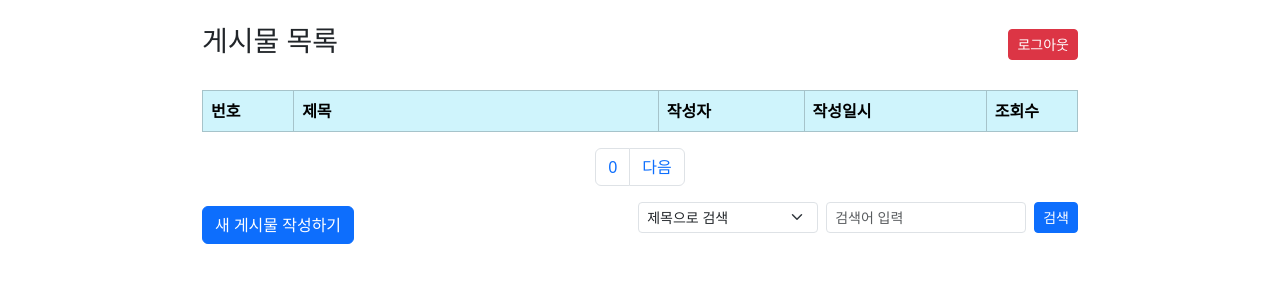
Repository: LHH-commits/SpringBoot_simple_board
Page: http://localhost/lcomputerstudy/WEB-INF/views/list.jsp
The author's editor kept a copy of each file at every save. The page is drawn from the files as they stood at one save, then again after the next save.
The browser window is 1280 px wide. The pictures show the whole page.
The page is served by Tomcat 9. Nobody is signed in. The template is opened directly, without the code that normally fills it, so the values that code supplies are empty.

Above is the page before, as saved 2024-09-23 01:56:21.

After the next save:
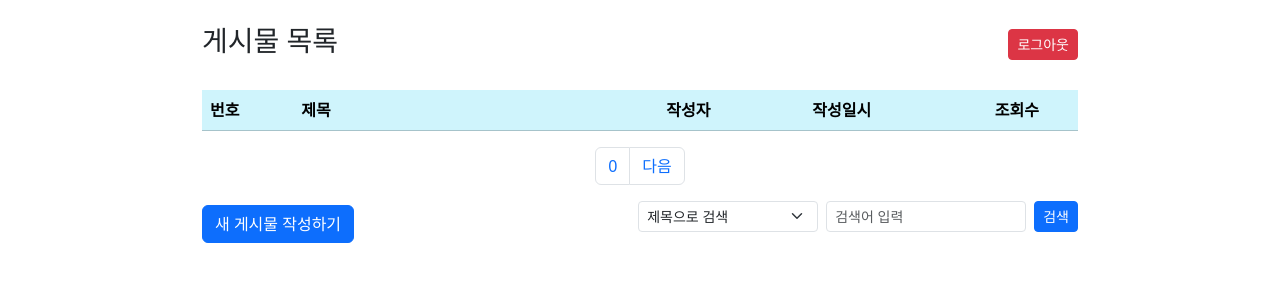
Saved 115 s later.
--- a/lcomputerstudy/src/main/webapp/WEB-INF/views/list.jsp
+++ b/lcomputerstudy/src/main/webapp/WEB-INF/views/list.jsp
@@ -103,7 +103,7 @@
     		<a href="/logout" class="btn btn-danger btn-sm">로그아웃</a>
     	</div>
 
-    <table class="table table-hover table-bordered">
+    <table class="table table-hover">
         <thead class="table-info">
             <tr>
                 <th style="width: 5%">번호</th>
